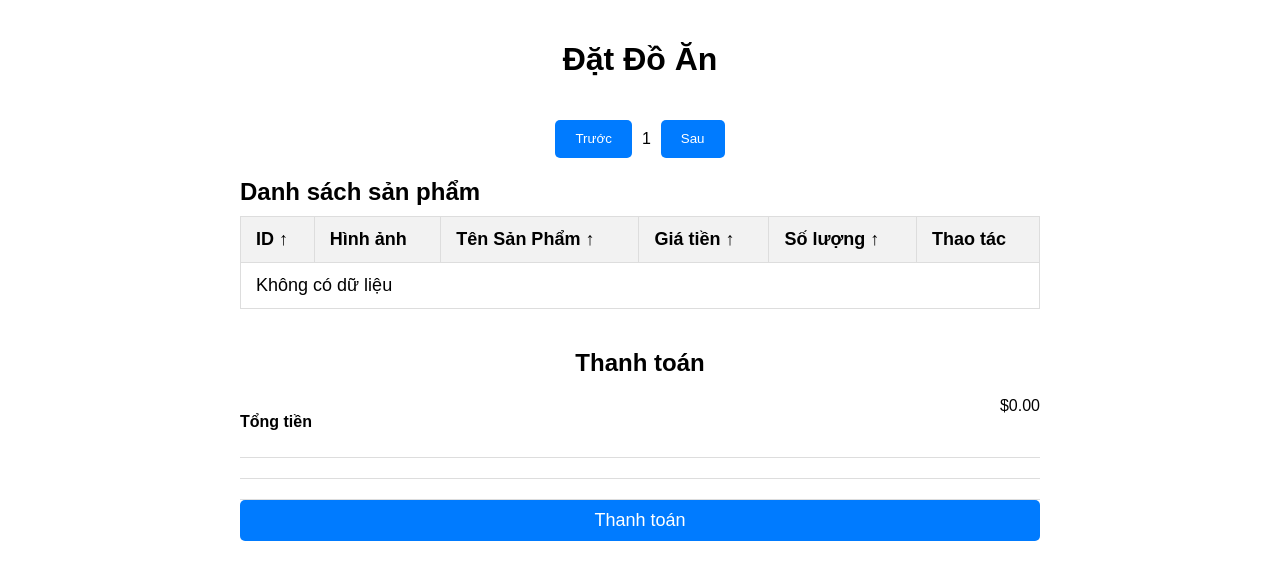
Repository: Tuananhdeptrai723/dientoandammay
Page: http://localhost/main/main.php
An editor plug-in stored every save of this project. The page is shown before and after the next save, followed by the edit.
The browser window is 1280 px wide. The pictures show the whole page.
The page is run by PHP 8.4 with error messages shown; the project is at /var/www/html/. Queries for data that is not in the repository find no rows.

Above is the page before, as saved 2024-06-04 20:25:21.

### main/main.php
<?php
include './ConnectDb.php';
?>

<!DOCTYPE html>
<html lang="en">
<head>
  <meta charset="UTF-8">
  <meta name="viewport" content="width=device-width, initial-scale=1.0">
  <title>Đặt Đồ Ăn</title>
  <link rel="stylesheet" href="./main.css">
  <link rel="stylesheet" href="https://cdnjs.cloudflare.com/ajax/libs/font-awesome/6.4.2/css/all.min.css" />
  <script src="https://code.jquery.com/jquery-3.6.0.min.js"></script>
</head>
<body>
  <div class="container">
    <h1>Đặt Đồ Ăn</h1>
    <div class="menu">
      <div class="product-container">
        <?php foreach ($products as $product): ?>
          <div class="menu-item">
            <img src="../asset/image/food<?php echo $product['ID']; ?>.jpg">
            <h3><?php echo $product['nameProducts']; ?></h3>
            <p>Số lượng: <?php echo $product['Quantity']; ?></p>
            <span class="price">$<?php echo $product['Price']; ?></span>
            <button <?php echo "onclick='addToCartClicked(" . $product["ID"] . ")'" ?> class="add-to-cart">Thêm vào giỏ hàng</button>
          </div>
        <?php endforeach; ?>
      </div>
    </div>
    <div class="pagination">
      <button class="prev-page">Trước</button>
      <span style="margin: 10px" class="current-page">1</span>
      <button class="next-page">Sau</button>
    </div>
    <main class="main-dashboard">
      <main class="page">
        <div class="box-dashboard">
          <table class="table caption-top">
            <caption>Danh sách sản phẩm</caption>
            <thead>
              <tr>
                <th scope="col" onclick="sortTable(0, true, true)">ID &#x2191;</th>
                <th scope="col">Hình ảnh</th>
                <th scope="col" onclick="sortTable(2, false, true)">Tên Sản Phẩm &#x2191;</th>
                <th scope="col" onclick="sortTable(3, true, true)">Giá tiền &#x2191;</th>
                <th scope="col" onclick="sortTable(4, true, true)">Số lượng &#x2191;</th>
                <th scope="col">Thao tác</th>
              </tr>
            </thead>
            <tbody>
              <?php
              if ($result2->num_rows > 0) {
                  while ($row = $result2->fetch_assoc()) {
                      $imagePath = "../asset/image/Food" . $row["ID"] . ".jpg";
                      echo "<tr class='tr-hover'>";
                      echo "<th scope='row'>" . $row["ID"] . "</th>";
                      echo "<td><img style='object-fit: cover;' src='" . $imagePath . "' alt='product image' width='70' height='70'></td>";
                      echo "<td>" . $row["nameProducts"] . "</td>";
                      echo "<td>" . $row["Price"] . "$</td>";
                      echo "<td>" . $row["Quantity"] ."</td>";
                      echo "<td>
                              <button class='btnDelete' onclick='deleteProduct(" . $row["ID"] . ")'>Xóa</button>
                            </td>";
                      echo "</tr>";
                  }
              } else {
                  echo "<tr><td colspan='6'>Không có dữ liệu</td></tr>";
              }
              ?>
            </tbody>
          </table>
          <div class="pagination">
            <?php
            for ($i = 1; $i <= $total_pages; $i++) {
                echo "<a href='?page=$i' class='" . ($i == $page ? "active" : "") . "'>$i</a>";
            }
            ?>
          </div>
        </div>

        <div class="box-dashboard">
          <h1 class="caption-pay">Thanh toán</h1>
          <div class="box-dashboard-row">
            <p class="title-row">Tổng tiền</p>
            <?php echo "$" . number_format($totalPrice, 2); ?>
          </div>
          <div class="box-dashboard-row"></div>
          <div class="box-dashboard-row"></div>
          <button id="openModalBtn" class="payBtn">Thanh toán</button>
        </div>
      </main>
    </main>
  </div>
  <script src="./main.js"></script>
  <script>
  function addToCartClicked(productId) {
    $.ajax({
      url: "./ConnectDb.php",
      type: "POST",
      data: { productId: productId },
      success: function () {
        console.log("success");
        alert('Thêm vào giỏ hàng thành công');
      },
      error: function (xhr, status, error) {
        console.log("error");
        console.log("Product ID:", productId);
      },
    });
  }

  function deleteProduct(productId) {
    $.ajax({
      url: "../main/deleteproduct.php",
      type: "POST",
      data: { productId: productId },
      success: function () {
        console.log("success");
        alert('Xóa sản phẩm thành công');
        location.reload(); // Tải lại trang sau khi xóa
      },
      error: function (xhr, status, error) {
        console.log("error");
        console.log("Product ID:", productId);
      },
    });
  }
  </script>
</body>
</html>

### main/ConnectDb.php
<?php
session_start();
ob_start();

// Kết nối đến CSDL
include '../config.php';

// Kiểm tra kết nối
if ($conn->connect_error) {
    die("Connection failed: " . $conn->connect_error);
}
// Truy vấn dữ liệu từ cơ sở dữ liệu
$sql = "SELECT * FROM cart LIMIT 15";
$result = $conn->query($sql);

// Tạo mảng chứa dữ liệu sản phẩm
$products = array();

if ($result->num_rows > 0) {
    while($row = $result->fetch_assoc()) {
        $products[] = $row;
    }
}



// addtocart

// Kiểm tra nếu có dữ liệu POST gửi đến
if ($_SERVER['REQUEST_METHOD'] == 'POST') {
    $productId = $_POST['productId'];

    // Lấy thông tin sản phẩm từ bảng products
    $sql = "SELECT nameProducts, Price FROM cart WHERE ID = '$productId'";
    $result = $conn->query($sql);

    if ($result->num_rows > 0) {
        $row = $result->fetch_assoc();
        $productName = $row['nameProducts'];
        $productPrice = $row['Price'];
        $quantity = 1; // Số lượng mặc định khi thêm vào giỏ hàng

        // Kiểm tra sản phẩm đã có trong giỏ hàng hay chưa
        $sql = "SELECT * FROM ordercart WHERE ID = '$productId'";
        $result = $conn->query($sql);

        if ($result->num_rows > 0) {
            // Nếu sản phẩm đã có trong giỏ hàng, cập nhật số lượng
            $sql = "UPDATE ordercart SET Quantity = Quantity + 1 WHERE ID = '$productId'";
        } else {
            // Nếu sản phẩm chưa có trong giỏ hàng, thêm mới
            $sql = "INSERT INTO ordercart (nameProducts, ID, Price, Quantity) VALUES ('$productName', '$productId', '$productPrice', '$quantity')";
        }

        if ($conn->query($sql) === TRUE) {
            echo "Add to cart success!";
        } else {
            echo "Error: " . $sql . "<br>" . $conn->error;

        }
    } else {
        echo "Product not found!";
    }
}

// Truy vấn dữ liệu từ bảng ordercart cho phần quản lý sản phẩm
$items_per_page = 3;
$page = isset($_GET['page']) ? (int)$_GET['page'] : 1;
$offset = ($page - 1) * $items_per_page;

// Truy vấn tổng số sản phẩm
$total_sql = "SELECT COUNT(*) as total FROM ordercart";
$total_result = $conn->query($total_sql);
$total_row = $total_result->fetch_assoc();
$total_items = $total_row['total'];
$total_pages = ceil($total_items / $items_per_page);

// Truy vấn tổng tiền
$totalPriceQuery = "SELECT SUM(Price * Quantity) AS total FROM ordercart";
$totalPriceResult = $conn->query($totalPriceQuery);
$totalPriceRow = $totalPriceResult->fetch_assoc();
$totalPrice = $totalPriceRow['total'];

// Truy vấn dữ liệu từ bảng ordercart
$sql = "SELECT ID, nameProducts, Price, Quantity FROM ordercart LIMIT $offset, $items_per_page";
$result2 = $conn->query($sql);



$conn->close();
?>

### config.php
<?php
define('DB_SERVER', 'localhost');
define('DB_USERNAME', 'root');
define('DB_PASSWORD', '');
define('DB_NAME', 'clouddb');

$conn = mysqli_connect(DB_SERVER, DB_USERNAME, DB_PASSWORD, DB_NAME);

if($conn === false){
    die("ERROR: Could not connect. " . mysqli_connect_error());
}
?>

### main/main.css
body {
  font-family: Arial, sans-serif;
  margin: 0;
  padding: 0;
}

.container {
  max-width: 800px;
  margin: 0 auto;
  padding: 20px;
}

h1,
h2 {
  text-align: center;
}

.menu {
  display: flex;
  flex-wrap: wrap;
  justify-content: center;
}

.menu-item {
  width: 250px;
  margin: 20px;
  padding: 10px;
  border: 1px solid #ccc;
  text-align: center;
}

.menu-item img {
  width: 150px;
  height: 150px;
  object-fit: cover;
}

.menu-item h3 {
  margin-top: 10px;
}

.menu-item .price {
  font-weight: bold;
  color: green;
}

.menu-item button {
  margin-top: 10px;
  padding: 5px 10px;
  background-color: #4caf50;
  color: white;
  border: none;
  cursor: pointer;
}

.cart {
  margin-top: 40px;
  padding: 20px;
  border: 1px solid #ccc;
}

.cart-items {
  list-style-type: none;
  padding: 0;
}

.cart-items li {
  display: flex;
  justify-content: space-between;
  margin-bottom: 10px;
}

.total {
  font-weight: bold;
  margin-top: 20px;
}

.checkout {
  margin-top: 20px;
  padding: 10px 20px;
  background-color: #4caf50;
  color: white;
  border: none;
  cursor: pointer;
}

.product-container {
  display: flex;
  flex-wrap: wrap;
}

.menu-item {
  width: 25%;
  padding: 10px;
  box-sizing: border-box;
}

.cart-notification {
  position: fixed;
  bottom: 20px;
  left: 50%;
  transform: translateX(-50%);
  background-color: #333;
  color: #fff;
  padding: 10px 20px;
  border-radius: 5px;
  opacity: 0;
  transition: opacity 0.3s ease-in-out;
}

.cart-notification.show {
  opacity: 1;
}

/* Thêm CSS cho bảng và phân trang */
/* Table styles */
.table {
  width: 100%;
  border-collapse: collapse;
  margin: 20px 0;
  font-size: 18px;
  text-align: left;
}

.table caption {
  font-size: 24px;
  font-weight: bold;
  margin-bottom: 10px;
  text-align: left;
}

.table th, .table td {
  padding: 12px 15px;
  border: 1px solid #ddd;
}

.table th {
  background-color: #f2f2f2;
  cursor: pointer;
}

.table tr {
  transition: background-color 0.3s ease;
}

.table tr:hover {
  background-color: #f1f1f1;
}

.table .tr-hover {
  background-color: #f9f9f9;
}

.table .tr-hover:hover {
  background-color: #e0e0e0;
}

.table img {
  border-radius: 5px;
}

/* Pagination styles */
.pagination {
  display: flex;
  justify-content: center;
  margin: 20px 0;
}

.pagination a {
  color: #333;
  padding: 10px 15px;
  margin: 0 5px;
  border: 1px solid #ddd;
  border-radius: 5px;
  text-decoration: none;
  transition: background-color 0.3s ease;
}

.pagination a.active {
  background-color: #007bff;
  color: #fff;
  border-color: #007bff;
}

.pagination a:hover {
  background-color: #ddd;
}

/* Button styles */
button {
  padding: 10px 20px;
  color: #fff;
  background-color: #007bff;
  border: none;
  border-radius: 5px;
  cursor: pointer;
  transition: background-color 0.3s ease;
}

button:hover {
  background-color: #0056b3;
}

.btnDelete {
  background-color: #dc3545;
}

.btnDelete:hover {
  background-color: #c82333;
}

.payBtn {
  width: 100%;
  font-size: 18px;
}

.caption-pay {
  font-size: 24px;
  font-weight: bold;
  margin-bottom: 10px;
}

.box-dashboard-row {
  display: flex;
  justify-content: space-between;
  padding: 10px 0;
  border-bottom: 1px solid #ddd;
}

.title-row {
  font-weight: bold;
}

### main/main.js
const productsPerPage = 3;
let currentPage = 1;
const menuItems = document.querySelectorAll(".menu-item");
const totalPages = Math.ceil(menuItems.length / productsPerPage);

function showPage(page) {
  const startIndex = (page - 1) * productsPerPage;
  const endIndex = startIndex + productsPerPage;

  menuItems.forEach((item, index) => {
    if (index >= startIndex && index < endIndex) {
      item.style.display = "block";
    } else {
      item.style.display = "none";
    }
  });

  document.querySelector(".current-page").textContent = page;
}

document.querySelector(".prev-page").addEventListener("click", () => {
  if (currentPage > 1) {
    currentPage--;
    showPage(currentPage);
  }
});

document.querySelector(".next-page").addEventListener("click", () => {
  if (currentPage < totalPages) {
    currentPage++;
    showPage(currentPage);
  }
});

showPage(1);

After the next save:
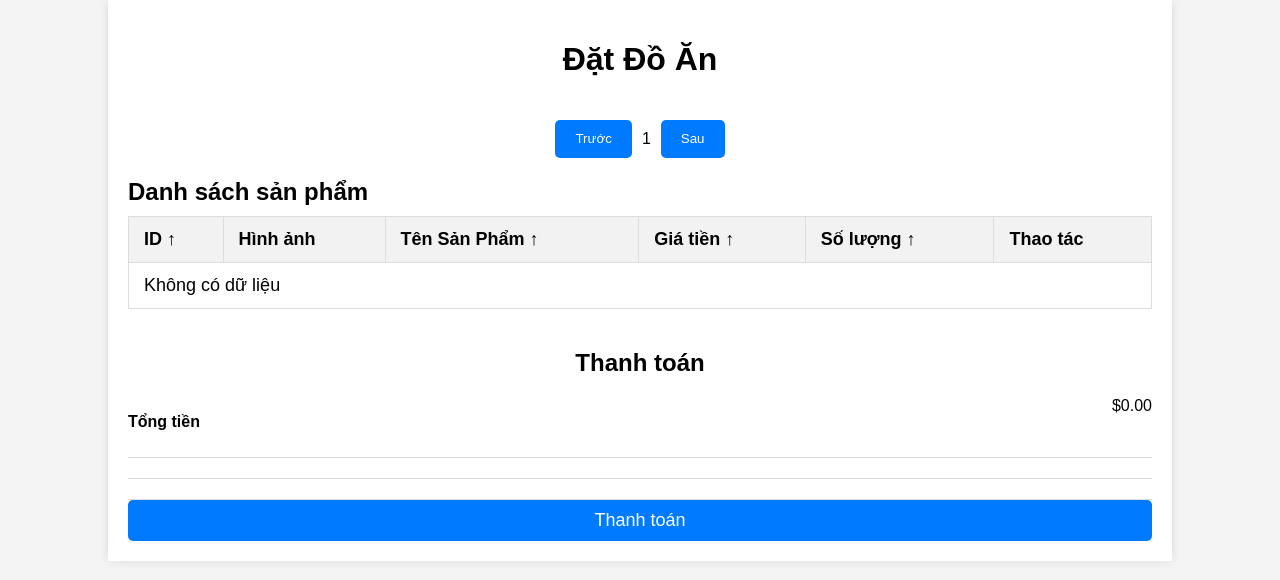
Saved 28 s later.
--- a/main/main.css
+++ b/main/main.css
@@ -2,12 +2,15 @@ body {
   font-family: Arial, sans-serif;
   margin: 0;
   padding: 0;
+  background-color: #f4f4f4;
 }
 
 .container {
-  max-width: 800px;
+  width: 80%;
   margin: 0 auto;
   padding: 20px;
+  background-color: #fff;
+  box-shadow: 0 0 10px rgba(0, 0, 0, 0.1);
 }
 
 h1,
